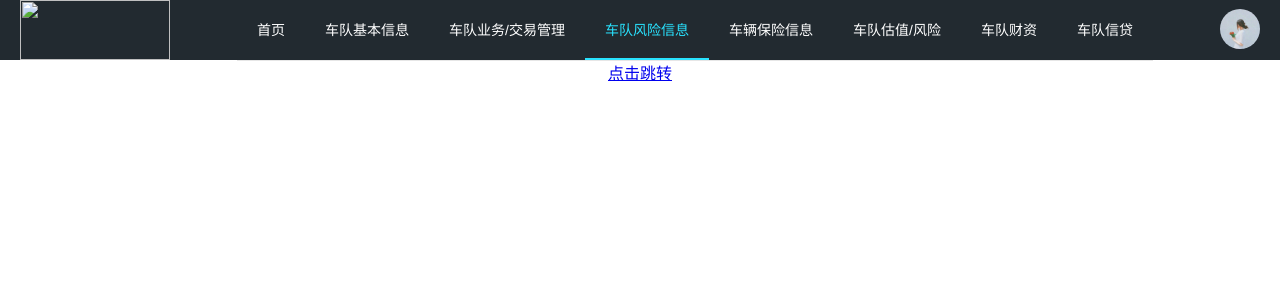
Repository: TheWomanLiketheWind/woodpecker
Page: /
These files come from the project's save history. The page is drawn as it stood at one moment and after the next save; the edit follows.
The browser window is 1280 px wide. The pictures show the whole page.
The project was rebuilt for these pictures with package versions that can differ from the ones it lists, and the page was loaded fresh each time.

Above is the page before, as saved 2019-07-25 17:05:43.

### public/index.html
<!DOCTYPE html>
<html lang="en">
  <head>
    <meta charset="utf-8">
    <meta http-equiv="X-UA-Compatible" content="IE=edge">
    <meta name="viewport" content="width=device-width,initial-scale=1.0">
    <link rel="icon" href="<%= BASE_URL %>favicon.ico">
    <title>woodpecker</title>
  </head>
  <body>
    <noscript>
      <strong>We're sorry but woodpecker doesn't work properly without JavaScript enabled. Please enable it to continue.</strong>
    </noscript>
    <div id="app"></div>
    <!-- built files will be auto injected -->
  </body>
</html>

### src/App.vue
<template>
  <div id="app">
    <router-view />
  </div>
</template>

<style lang="scss">
#app {
  font-family: "Avenir", Helvetica, Arial, sans-serif;
  -webkit-font-smoothing: antialiased;
  -moz-osx-font-smoothing: grayscale;
  text-align: center;
  color: #2c3e50;
  .el-header {
    display: flex;
    justify-content: space-between;
    align-items: center;
  }
}
#nav {
  padding: 30px;
  a {
    font-weight: bold;
    color: #2c3e50;
    &.router-link-exact-active {
      color: #42b983;
    }
  }
}
body {
  margin: 0;
}
</style>

### src/router.ts
import Vue from 'vue'
import Router from 'vue-router'
import Home from './views/Home.vue'
Vue.use(Router)

export default new Router({
  mode: 'history',
  base: process.env.BASE_URL,
  routes: [
    {
      path: '/',
      name: 'home',
      component: Home,
      children: [
        {
          path: 'menuSecond',
          name: 'menuSecond',
          component: () =>
            import(/* webpackChunkName: "about" */ './views/menuSecond.vue')
        }
      ]
    }
  ]
})

### src/views/Home.vue
<template>
  <el-container>
    <el-header class="headerAll">
      <img src=""
           class="headImage">
      <el-menu :default-active="activeIndex"
               class="el-menu-demo"
               mode="horizontal"
               background-color="#222a30"
               text-color="#fff"
               active-text-color="#29e2fe"
               @select="handleSelect">
        <el-menu-item v-for="(item, index) in menuList"
                      :key="index"
                      :index="item.index"
                      v-on:listenToChildEvent="menuClick">{{item.name}}</el-menu-item>
      </el-menu>

      <el-dropdown>
        <img src="../assets/headImage.jpg"
             class="drophead" />
        <el-dropdown-menu slot="dropdown">
          <el-dropdown-item>个人信息</el-dropdown-item>
          <el-dropdown-item>退出</el-dropdown-item>
        </el-dropdown-menu>
      </el-dropdown>
    </el-header>
    <router-link to="/menuSecond">点击跳转</router-link>
    <router-view />
  </el-container>
</template>

<script lang="ts">
import { Component, Vue } from "vue-property-decorator";

@Component({
  components: {}
})
export default class Home extends Vue {
  data() {
    return {
      activeIndex: "4",
      menuList: [
        {
          name: "首页",
          index: "1",
          link: ""
        },
        {
          name: "车队基本信息",
          index: "2",
          link: ""
        },
        {
          name: "车队业务/交易管理",
          index: "3",
          link: ""
        },
        {
          name: "车队风险信息",
          index: "4",
          link: ""
        },
        {
          name: "车辆保险信息",
          index: "5",
          link: ""
        },
        {
          name: "车队估值/风险",
          index: "6",
          link: ""
        },
        {
          name: "车队财资",
          index: "7",
          link: ""
        },
        {
          name: "车队信贷",
          index: "8",
          link: ""
        }
      ]
    };
  }

  private handleSelect(key: any, keyPath: any) {
    console.log(key, keyPath);
  }

  menuClick(data: any) {
    this.$router.push(data);
  }
}
</script>

<style lang="scss">
.headerAll {
  background: #222a30;
  .headImage {
    width: 150px;
    height: 100%;
    border: 0;
  }
  .drophead {
    width: 40px;
    height: 40px;
    border-radius: 50%;
  }
}
</style>

Loaded but not shown: src/main.ts (common file); src/store.ts (common file)

After the next save:
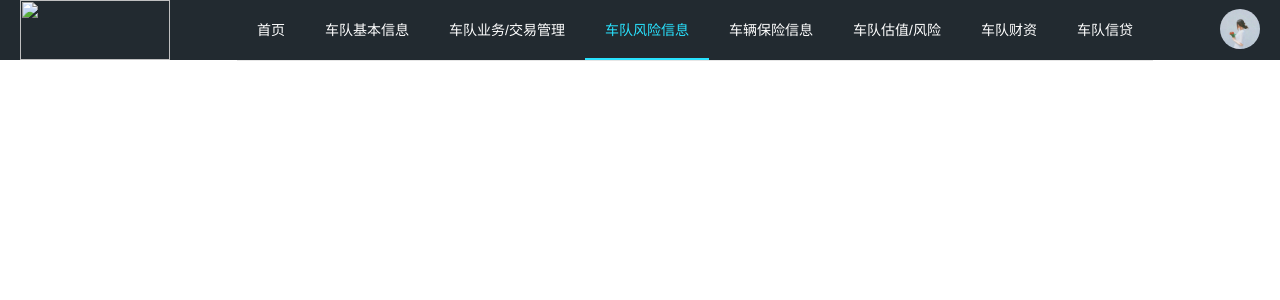
Saved 6 s later.
--- a/src/views/Home.vue
+++ b/src/views/Home.vue
@@ -25,7 +25,7 @@
         </el-dropdown-menu>
       </el-dropdown>
     </el-header>
-    <router-link to="/menuSecond">点击跳转</router-link>
+    <!-- <router-link to="/menuSecond">点击跳转</router-link> -->
     <router-view />
   </el-container>
 </template>
